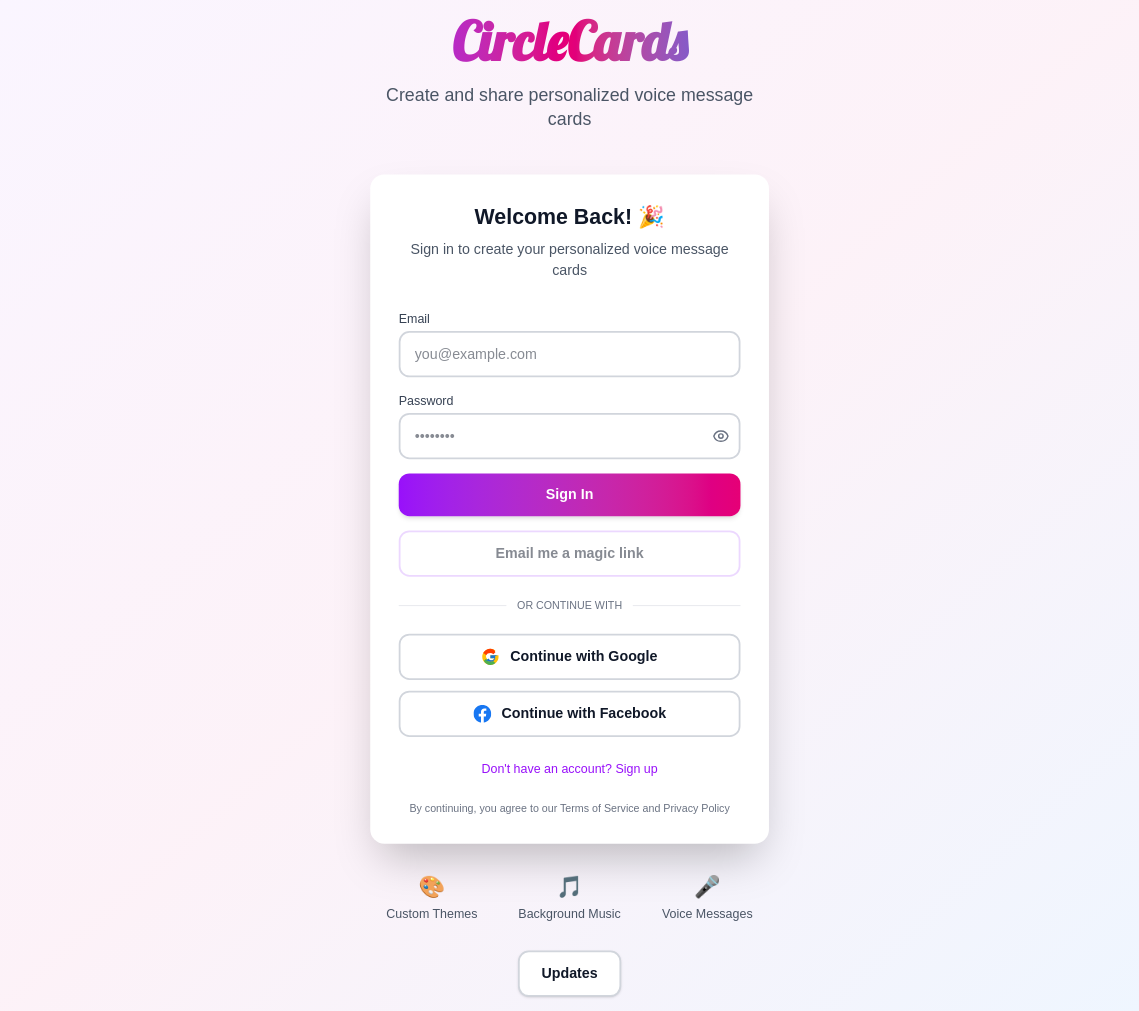
Repository: Aworminator/Birthday-Card-App
Page: /
The author's editor kept a copy of each file at every save. The page is drawn from the files as they stood at one save, then again after the next save.
The browser window is 1280 px wide. The pictures show the whole page, at 89% of full size.
The page's requests for data from a server got no answer. The project was rebuilt for these pictures with package versions that can differ from the ones it lists, and the page was loaded fresh each time. The framework's server and built-in components were replaced by stand-ins that run in the browser. No one was signed in, and anything a server would have sent is missing. Also part of the build but not shown: next.config.ts.

Above is the page before, as saved 2025-12-27 15:27:59.

After the next save:
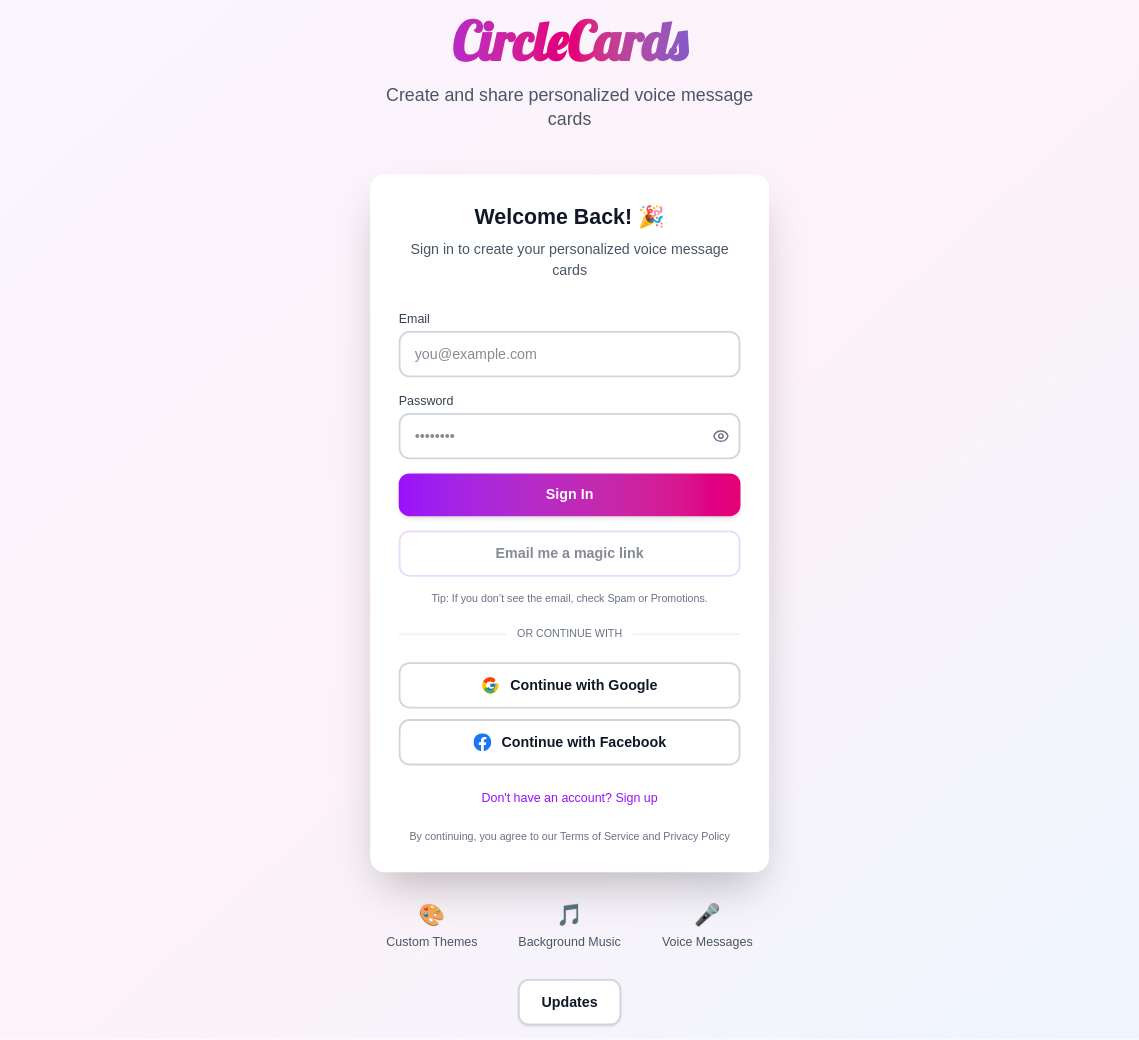
Saved 46 s later.
--- a/app/page.tsx
+++ b/app/page.tsx
@@ -14,6 +14,8 @@ export default function WelcomePage() {
   const [authLoading, setAuthLoading] = useState(false);
   const [showPassword, setShowPassword] = useState(false);
   const [showUpdates, setShowUpdates] = useState(false);
+  const [toastMessage, setToastMessage] = useState<string>("");
+  const [showToast, setShowToast] = useState(false);
 
   // Updates log entries (add new items when requested)
   const updatesLog = [
@@ -86,7 +88,11 @@ export default function WelcomePage() {
           },
         });
         if (error) throw error;
-        alert("Check your email for the confirmation link!");
+        setToastMessage(
+          "Confirmation email sent. Check inbox and spam."
+        );
+        setShowToast(true);
+        setTimeout(() => setShowToast(false), 2500);
       } else {
         const { error } = await supabase.auth.signInWithPassword({
           email,
@@ -135,7 +141,11 @@ export default function WelcomePage() {
         },
       });
       if (error) throw error;
-      alert("Magic link sent! Check your email (and spam).\nUse the link to finish signing in.");
+      setToastMessage(
+        "Magic link sent. Check inbox and spam."
+      );
+      setShowToast(true);
+      setTimeout(() => setShowToast(false), 2500);
     } catch (error: any) {
       console.error("Magic link error:", error);
       alert(error.message || "Could not send magic link.");
@@ -159,7 +169,11 @@ export default function WelcomePage() {
         },
       });
       if (error) throw error;
-      alert("Confirmation email resent! Please check your inbox (and spam).");
+      setToastMessage(
+        "Confirmation resent. Check inbox and spam."
+      );
+      setShowToast(true);
+      setTimeout(() => setShowToast(false), 2500);
     } catch (error: any) {
       console.error("Resend confirmation error:", error);
       alert(error.message || "Could not resend confirmation email.");
@@ -179,6 +193,26 @@ export default function WelcomePage() {
   return (
     <main className="min-h-screen flex items-center justify-center bg-gradient-to-br from-purple-50 via-pink-50 to-blue-50 p-4">
       <div className="max-w-md w-full">
+        {showToast && (
+          <div className="fixed top-4 right-4 z-50">
+            <div className="px-4 py-3 bg-green-600 text-white rounded-lg shadow-lg flex items-center gap-2">
+              <svg
+                className="w-5 h-5"
+                fill="none"
+                stroke="currentColor"
+                viewBox="0 0 24 24"
+              >
+                <path
+                  strokeLinecap="round"
+                  strokeLinejoin="round"
+                  strokeWidth={2}
+                  d="M5 13l4 4L19 7"
+                />
+              </svg>
+              <span className="text-sm font-semibold">{toastMessage}</span>
+            </div>
+          </div>
+        )}
         {/* Logo/Header */}
         <div className="text-center mb-12">
           <h1
@@ -367,6 +401,9 @@ export default function WelcomePage() {
                 Resend confirmation email
               </button>
             )}
+            <p className="text-xs text-gray-500 mt-2 text-center">
+              Tip: If you don’t see the email, check Spam or Promotions.
+            </p>
           </div>
 
           {/* Divider */}
